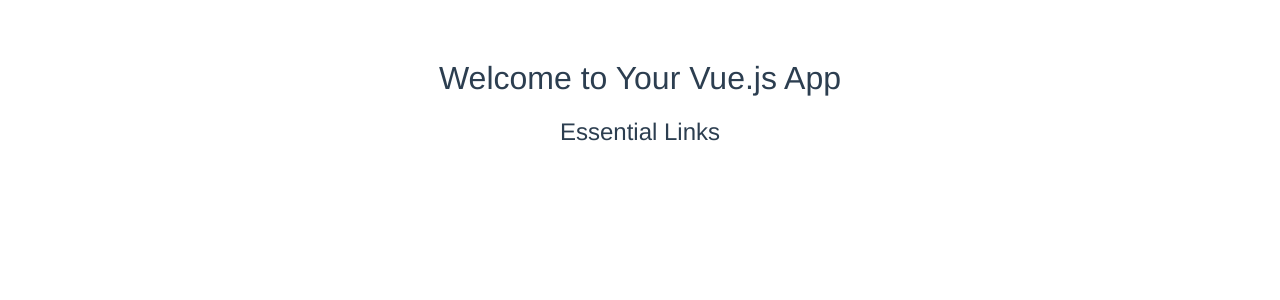
Repository: zzyundragon/Blog
Page: / (app in vue/test/vue-test/)
An editor plug-in stored every save of this project. The page is shown before and after the next save, followed by the edit.
The browser window is 1280 px wide. The pictures show the whole page.
The project was rebuilt for these pictures with package versions that can differ from the ones it lists, and the page was loaded fresh each time.

Above is the page before, as saved 2020-03-11 13:32:24.

After the next save:
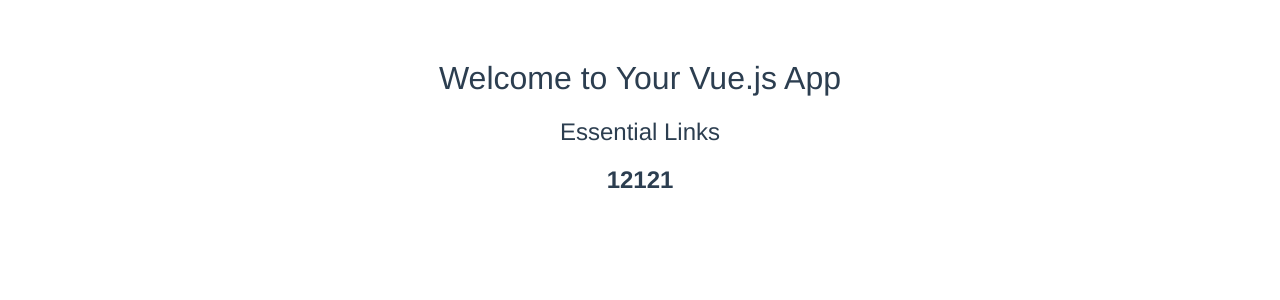
Saved 103 s later.
--- a/vue/test/vue-test/src/components/HelloWorld.vue
+++ b/vue/test/vue-test/src/components/HelloWorld.vue
@@ -2,16 +2,22 @@
   <div class='hello'>
     <h1>{{ msg }}</h1>
     <h2>Essential Links</h2>
+    <B></B>
   </div>
 </template>
 
 <script>
+import B from './B'
 export default {
   name: 'HelloWorld',
+  components: { B },
   data () {
     return {
       msg: 'Welcome to Your Vue.js App'
     }
+  },
+  mounted () {
+    this.$children[0].name = '12121'
   }
 }
 </script>
